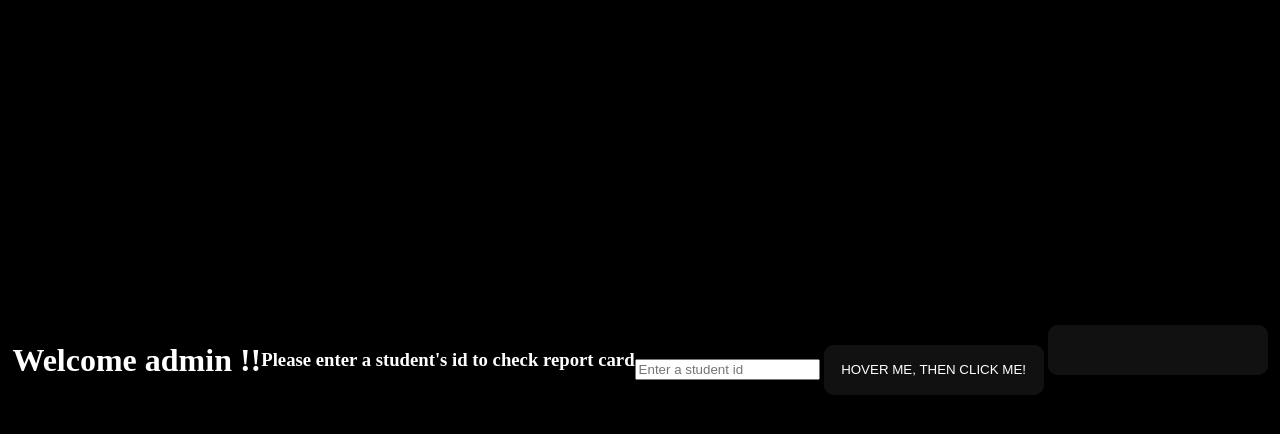
Repository: MriOj/OnlineExamPortal
Page: http://localhost/ExamPortal/admlogin.jsp
These files come from the project's save history. The page is drawn as it stood at one moment and after the next save; the edit follows.
The browser window is 1280 px wide. The pictures show the whole page.
The page is served by Tomcat 9. Other server files are loaded and not shown.

Above is the page before, as saved 2021-09-07 10:22:56.

### ExamPortal/src/main/webapp/admlogin.jsp
<%@ page language="java" contentType="text/html; charset=ISO-8859-1"
    pageEncoding="ISO-8859-1"%>
<!DOCTYPE html>
<html>
<head>
<meta charset="ISO-8859-1">
<title>Admin</title>
<style>
.center {
position: absolute;
left: 50%;
top: 50%;
transform: translate(-50%, -50%);
color:white;
padding: 20px;
}
html,
body {
    margin: 0;
    padding: 0;
    width: 100%;
    height: 100vh;
    display: flex;
    flex-direction: row;
    justify-content: center;
    align-items: center;
    background: #000;
    color:white;
}

.glow-on-hover {
    width: 220px;
    height: 50px;
    border: none;
    outline: none;
    color: #fff;
    background: #111;
    cursor: pointer;
    position: relative;
    z-index: 0;
    border-radius: 10px;
}

.glow-on-hover:before {
    content: '';
    background: linear-gradient(45deg, #ff0000, #ff7300, #fffb00, #48ff00, #00ffd5, #002bff, #7a00ff, #ff00c8, #ff0000);
    position: absolute;
    top: -2px;
    left:-2px;
    background-size: 400%;
    z-index: -1;
    filter: blur(5px);
    width: calc(100% + 4px);
    height: calc(100% + 4px);
    animation: glowing 20s linear infinite;
    opacity: 0;
    transition: opacity .3s ease-in-out;
    border-radius: 10px;
}

.glow-on-hover:active {
    color: #000
}

.glow-on-hover:active:after {
    background: transparent;
}

.glow-on-hover:hover:before {
    opacity: 1;
}

.glow-on-hover:after {
    z-index: -1;
    content: '';
    position: absolute;
    width: 100%;
    height: 100%;
    background: #111;
    left: 0;
    top: 0;
    border-radius: 10px;
}

@keyframes glowing {
    0% { background-position: 0 0; }
    50% { background-position: 400% 0; }
    100% { background-position: 0 0; }
}
</style>
</head>
<body>


  <h1>Welcome admin !!</h1> <br>
  <h3> Please enter a student's id to check report card </h3>
  <form action="reportcard" method="post">
  <input type="number" placeholder="Enter a student id" name="userid">
  <button class="glow-on-hover" type="button" >HOVER ME, THEN CLICK ME!</button>
  <button type="submit" class="glow-on-hover">
  </form>


</body>
</html>

After the next save:
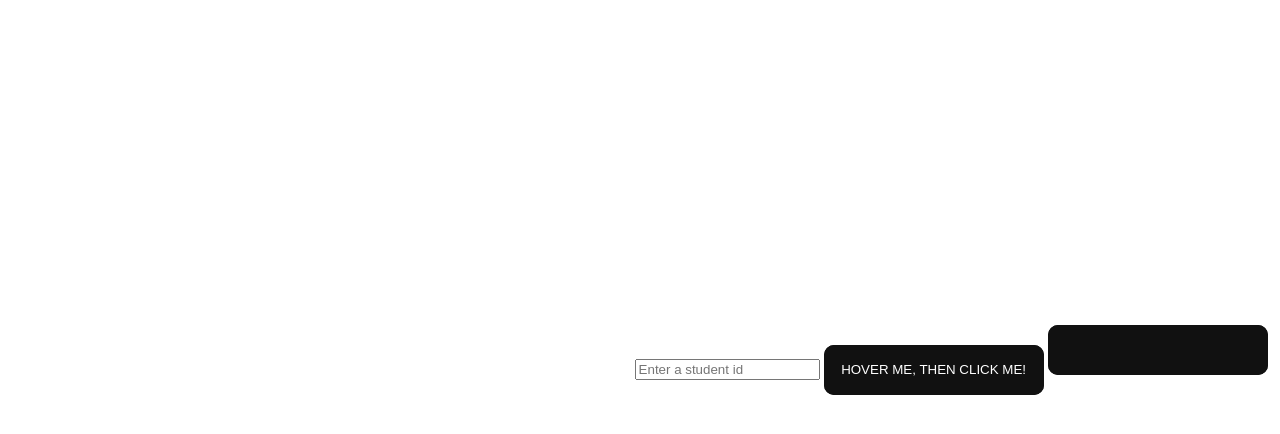
Saved 37 s later.
--- a/ExamPortal/src/main/webapp/admlogin.jsp
+++ b/ExamPortal/src/main/webapp/admlogin.jsp
@@ -24,7 +24,7 @@ body {
     flex-direction: row;
     justify-content: center;
     align-items: center;
-    background: #000;
+    background: white;
     color:white;
 }
 
